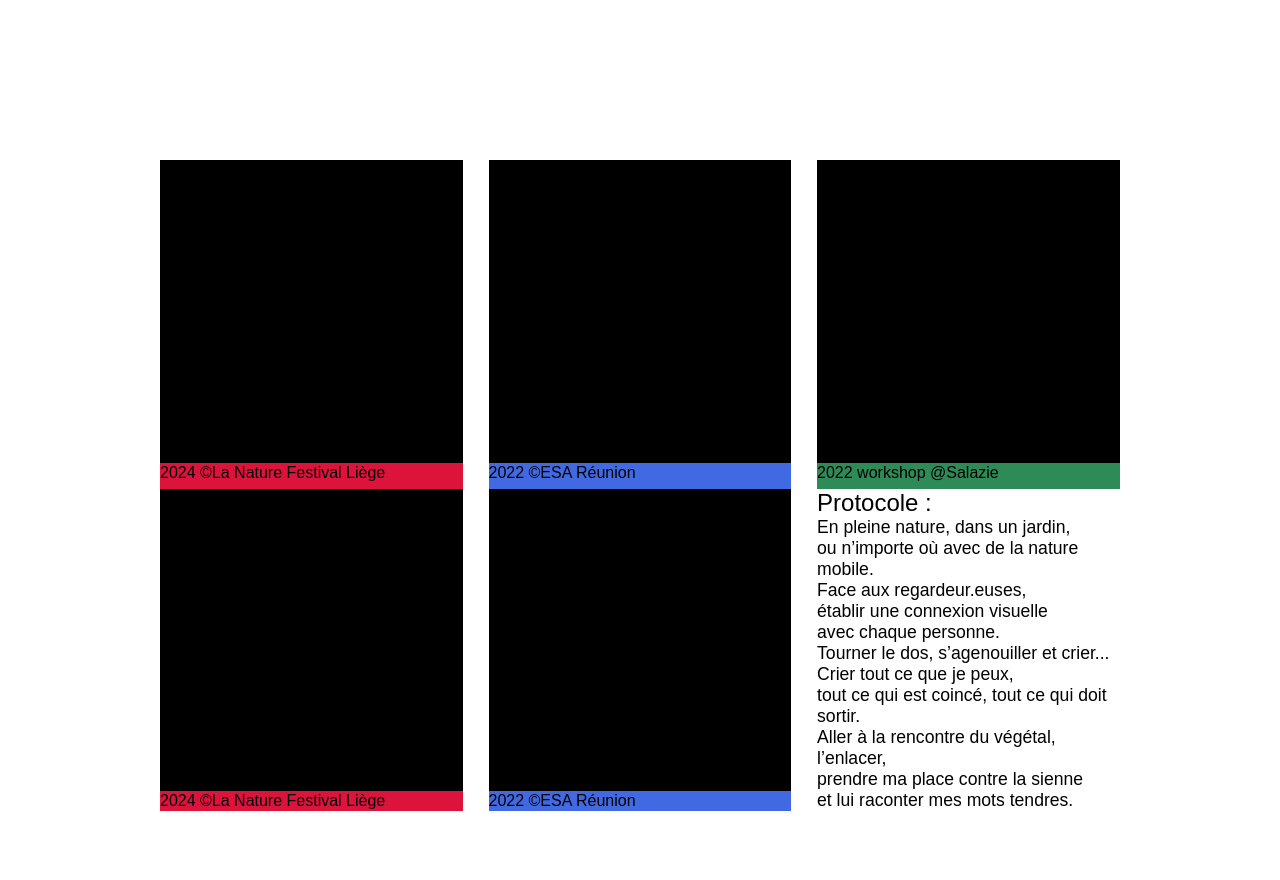
Repository: brunrhb/oce-p
Page: index.html
These files come from the project's save history. The page is drawn as it stood at one moment and after the next save; the edit follows.
The browser window is 1280 px wide. The pictures show the whole page.

Above is the page before, as saved 2025-06-04 17:33:37.

### index.html
<!DOCTYPE html>
<html lang="fr">
<head>
  <meta charset="UTF-8">
  <meta name="viewport" content="width=device-width, initial-scale=1.0">
  <title>Grid 3 colonnes avec placeholders</title>
  <link rel="stylesheet" href="styles.css">
  <script defer src="content.js"></script>
</head>
<body>

  <div class="grid-p1s1">

<div class="col-p1s1-1">
  <div class="media-block">
    <div class="placeholder-p1s1"></div>
    <p class="credit" data-content="p1s1-credit1"></p>
  </div>

  <div class="media-block">
    <div class="placeholder-p1s1"></div>
    <p class="credit" data-content="p1s1-credit2"></p>
  </div>
</div>

    <div class="col-p1s1-2">
      <div class="media-block">
        <div class="placeholder-p1s1"></div>
        <p class="credit" data-content="p1s1-credit3"></p>
      </div>
      <div class="media-block">
        <div class="placeholder-p1s1"></div>
        <p class="credit" data-content="p1s1-credit4"></p>
      </div>
    </div>

    <div class="col-p1s1-3">
      <div class="media-block">
        <div class="placeholder-p1s1"></div>
        <p class="credit" data-content="p1s1-credit5"></p>
      </div>
     <div class="text-block-p1s1">
       <p class="protocole-titre" data-content="p1s1-protocole-titre"></p>
       <p class="protocole-corps" data-content="p1s1-protocole-corps"></p>
    </div>

  </div>

</body>
</html>

### styles.css
body {
  margin: 0;
  font-family: sans-serif;
}

/* #region PROJET1 LIASONS VEGETALES*/

/* 1 grille et colonnes */

.grid-p1s1 {
  display: grid;
  grid-template-columns: 1fr 1fr 1fr;
  height: calc(100vh - 10rem);
  padding: 10rem;
  column-gap: 2vw;
}

.col-p1s1-1 {
  display: flex;
  flex-direction: column;
  justify-content: flex-start;
  gap: 2vw;


  background-color: crimson;
}

.col-p1s1-2 {
  display: flex;
  flex-direction: column;
  justify-content: flex-start;
  gap: 2vw;

  background-color: royalblue;
}

.col-p1s1-3 {
  display: flex;
  flex-direction: column;
  justify-content: flex-start;
  gap: 2vw;

  background-color: seagreen;
}


/* 2 blocks et elements */

.media-block {
  display: block;
  width: 100%;
}

.placeholder-p1s1 {
  aspect-ratio: 1 / 1;
  width: 100%;
  background-color: black;
}

.credit {
  position: absolute;
  font-size: 1rem;
  line-height: 1.2;
  margin: 0;

}

.text-block-p1s1 {
  display: flex;
  flex-direction: column;
  justify-content: flex-end;

  width: 100%;
  aspect-ratio: 1 / 1;
  background-color: white;

  padding: 0;
  margin: 0;
  gap: 0;
}

.protocole-titre {
  font-size: 1.5rem;
    margin: 0;  /* important : sinon certains navigateurs ajoutent du margin-top par défaut */
  padding: 0;
}

.protocole-corps {
  font-size: 1.1rem;
    margin: 0;  /* important : sinon certains navigateurs ajoutent du margin-top par défaut */
  padding: 0;
}

/* #endregion */

### content.js
const content = {};

// #region p1s1
content["p1s1-credit1"] = "2024 ©La Nature Festival Liège";
content["p1s1-credit2"] = "2024 ©La Nature Festival Liège";
content["p1s1-credit3"] = "2022 ©ESA Réunion";
content["p1s1-credit4"] = "2022 ©ESA Réunion";
content["p1s1-credit5"] = "2022 workshop @Salazie";

content["p1s1-protocole-titre"] = "Protocole :";
content["p1s1-protocole-corps"] = `
  En pleine nature, dans un jardin,<br>
  ou n’importe où avec de la nature mobile.<br>
  Face aux regardeur.euses,<br>
  établir une connexion visuelle<br>
  avec chaque personne.<br>
  Tourner le dos, s’agenouiller et crier...<br>
  Crier tout ce que je peux,<br>
  tout ce qui est coincé, tout ce qui doit sortir.<br>
  Aller à la rencontre du végétal, l’enlacer,<br>
  prendre ma place contre la sienne<br>
  et lui raconter mes mots tendres.
`;
// #endregion

// #region injection
window.addEventListener("DOMContentLoaded", () => {
  Object.entries(content).forEach(([key, value]) => {
    const el = document.querySelector(`[data-content="${key}"]`);
    if (el) el.innerHTML = value;
  });
});
// #endregion

After the next save:
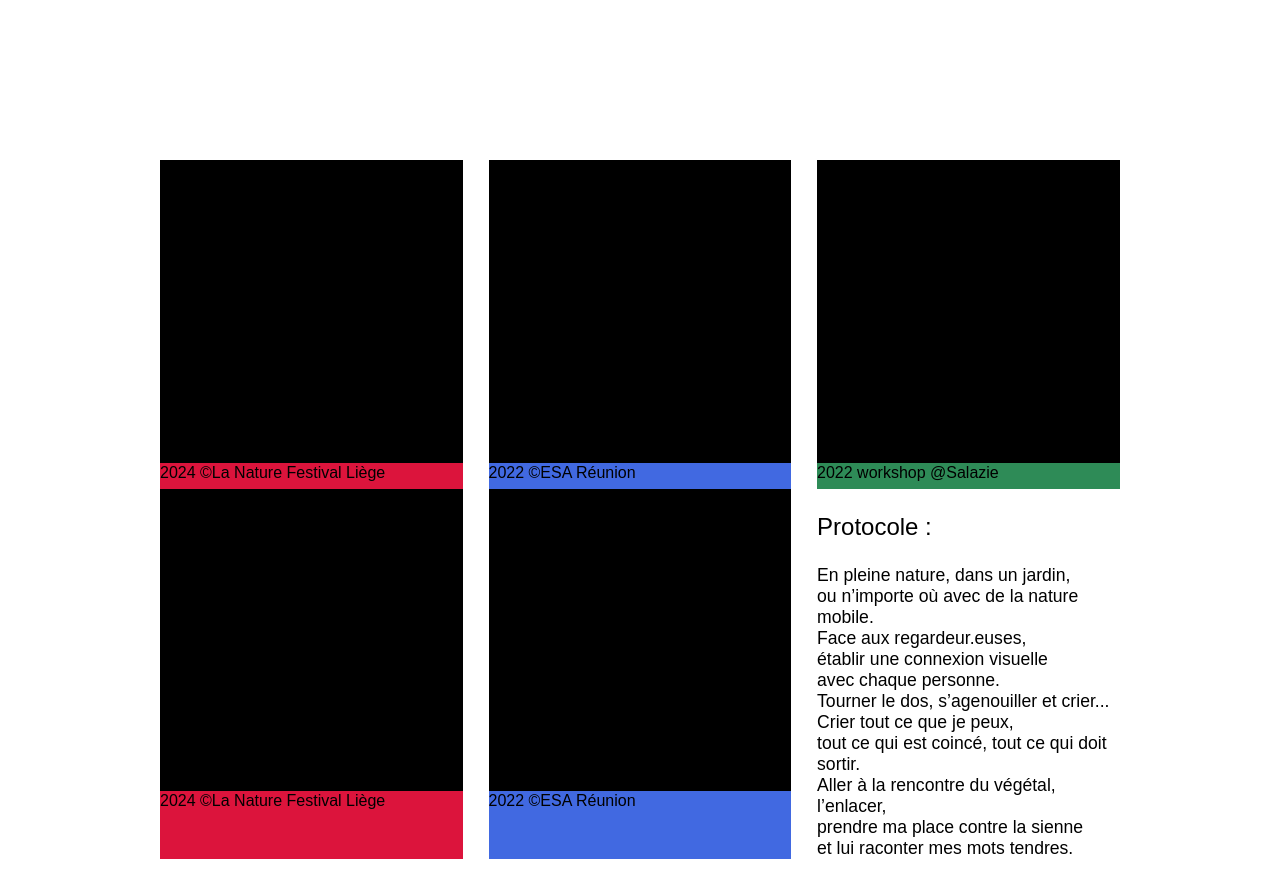
Saved 17 s later.
--- a/styles.css
+++ b/styles.css
@@ -81,8 +81,7 @@
 
 .protocole-titre {
   font-size: 1.5rem;
-    margin: 0;  /* important : sinon certains navigateurs ajoutent du margin-top par défaut */
-  padding: 0;
+
 }
 
 .protocole-corps {

After the save that followed:
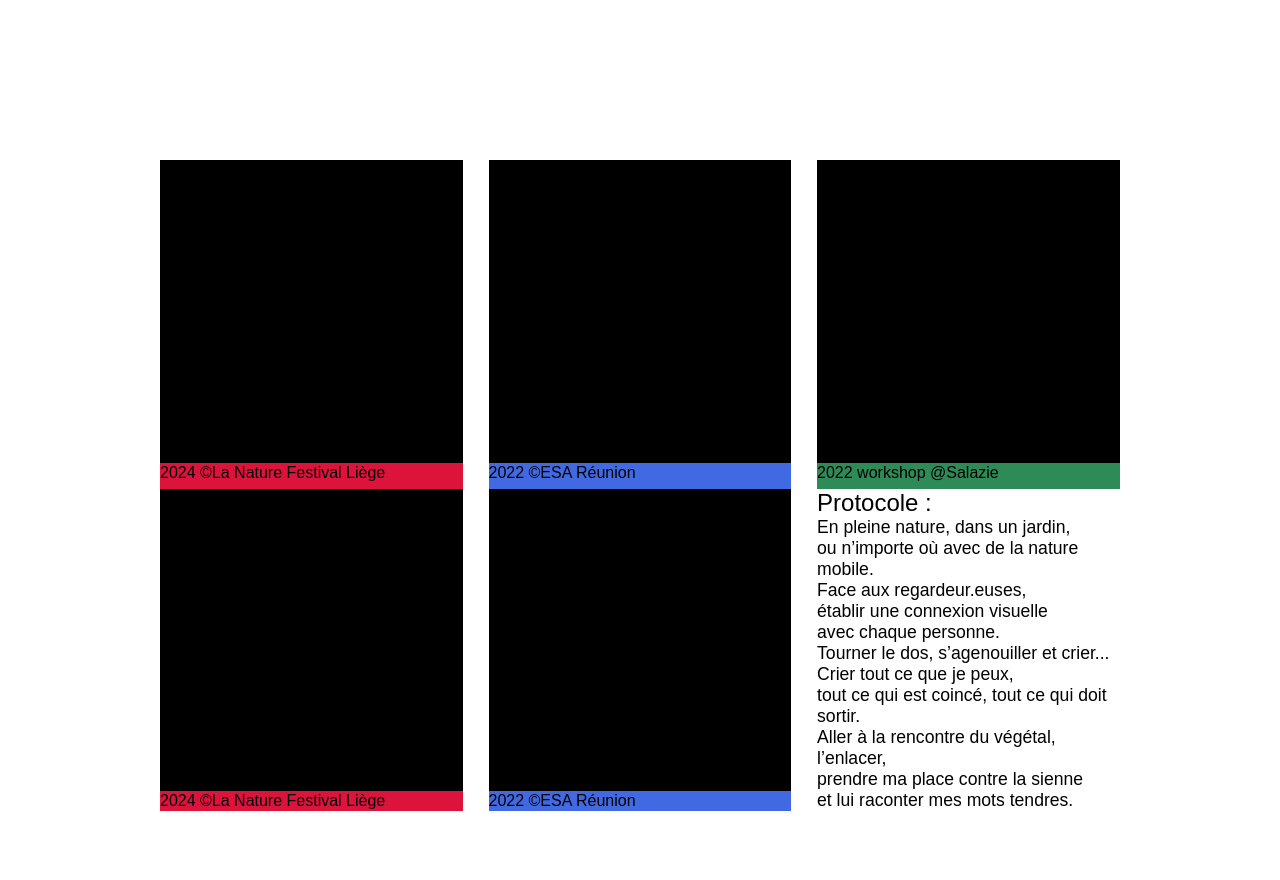
Saved 30 s later.
--- a/styles.css
+++ b/styles.css
@@ -81,12 +81,13 @@
 
 .protocole-titre {
   font-size: 1.5rem;
-
+  margin: 0;
+  padding: 0;
 }
 
 .protocole-corps {
   font-size: 1.1rem;
-    margin: 0;  /* important : sinon certains navigateurs ajoutent du margin-top par défaut */
+  margin: 0;
   padding: 0;
 }
 
